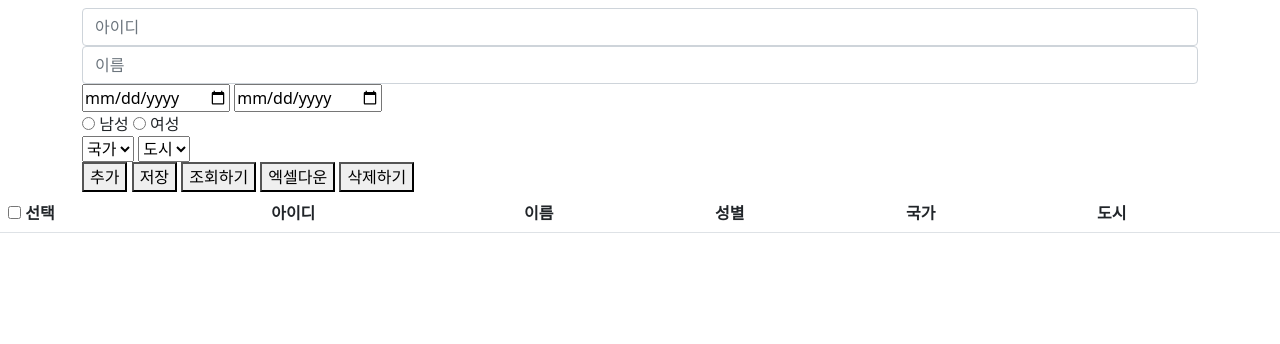
Repository: cactusvibeyjy/miniProject2
Page: http://localhost/test2/WEB-INF/views/home.jsp
These files come from the project's save history. The page is drawn as it stood at one moment and after the next save; the edit follows.
The browser window is 1280 px wide. The pictures show the whole page.
The page is served by Tomcat 9. Nobody is signed in. Other server files are loaded and not shown. The template is opened directly, without the code that normally fills it, so the values that code supplies are empty.

Above is the page before, as saved 2023-02-17 05:24:42.

### test2/src/main/webapp/WEB-INF/views/home.jsp
<%@ taglib uri="http://java.sun.com/jsp/jstl/core" prefix="c"%>
<%@ page language="java" contentType="text/html; charset=UTF-8"
	pageEncoding="UTF-8"%>
<%@ page session="false"%>
<html>
<head>
	<meta charset="utf-8">
	<link
			href="https://cdn.jsdelivr.net/npm/bootstrap@5.1.3/dist/css/bootstrap.min.css"
			rel="stylesheet"
			integrity="sha384-1BmE4kWBq78iYhFldvKuhfTAU6auU8tT94WrHftjDbrCEXSU1oBoqyl2QvZ6jIW3"
			crossorigin="anonymous">
	<script
			src="https://cdn.jsdelivr.net/npm/bootstrap@5.1.3/dist/js/bootstrap.bundle.min.js"
			integrity="sha384-ka7Sk0Gln4gmtz2MlQnikT1wXgYsOg+OMhuP+IlRH9sENBO0LRn5q+8nbTov4+1p"
			crossorigin="anonymous">
	</script>
	<script src="https://code.jquery.com/jquery-3.6.3.min.js"></script>
	<script src="https://ajax.googleapis.com/ajax/libs/jquery/3.6.0/jquery.min.js"></script>

	<script src="https://cdnjs.cloudflare.com/ajax/libs/exceljs/4.3.0/exceljs.min.js"></script>
	<script lang="javascript" src="https://cdn.sheetjs.com/xlsx-0.19.2/package/dist/xlsx.full.min.js"></script>

<title>야호</title>

	<style>
		.pop {
			display: none;
			position: fixed;
			top: 0;
			left: 0;
			z-index: 100;
			width: 100%;
			height: 100%;
			background: rgba(0, 0, 0, .5);
		}
		.pop.on{
			display: block;
		}

		.pop .info {
			overflow-y: auto;
			position: absolute;
			top: 50%;
			left: 50%;
			transform: translate(-50%, -50%);
			width: 800px;
			height: 330px;
			max-height: 92%;
			margin: 0 auto;
			background: #fff;
			border-radius: 5px;
			padding: 10px;
		}

		.pop .info table {
			width: 100%;
			border: 1px solid #ddd;
		}

		.pop .info table tr th ,
		.pop .info table tr td {
			height: 50px;
			padding-left: 10px;
			vertical-align: middle;
			border: 1px solid #ddd;
		}

		.pop .info table tr td input[type=text] ,
		.pop .info table tr td select {
			width: 40%;
			height: 40px;
			padding: 0 15px;
			border: 1px solid #ddd;
			border-radius: 3px;
			outline: none;
		}

		.pop .info .bottom {

		}
		.pop .info .bottom .button_area {
			text-align: center;
			margin-top: 10px;
		}

	</style>

</head>
<body>
	<h2></h2>

	<div class="container">
		<div>
			<input type="text" id="memberId" placeholder="아이디" class="form-control" value="" />
			<input type="text" id="memberNm" placeholder="이름" class="form-control" />
		</div>
		<div>
			<input type="date" name="startDate" id="startDate" />
			<input type="date" name="endDate" id="endDate" />
		</div>
		<div class="">
			<input type="radio" name="sex" id="sexM" value="male" onchange="fn_list()"  />
			<label for="sexM">남성</label>
			<input type="radio" name="sex" id="sexF" value="female" onchange="fn_list()" />
			<label for="sexF">여성</label>
		</div>

		<select name="country" id="country" onchange="Change(this,'city')">
			<option value="none" selected>국가</option>
			<option value="a">한국</option>
			<option value="b">미국</option>
			<option value="c">중국</option>
			<option value="d">일본</option>
		</select>
		<select id="city">
			<option value="none" selected>도시</option>
		</select>
		<br>
		<div class="button">
			<button class="registerButton clickedButton" onclick="fn_addRow(this)">
				<span>추가</span> <i class="zmdi zmdi-arrow-right"></i>
			</button>
			<button class="registerButton clickedButton" onclick="fn_save('s')">
				<span>저장</span> <i class="zmdi zmdi-arrow-right"></i>
			</button>
			<button class="searchButton clickedButton" onclick="fn_list()">
				<span>조회하기</span> <i class="zmdi zmdi-arrow-right"></i>
			</button>
			<button class="excelButton clickedButton" onclick="fn_excel()">
				<span>엑셀다운</span> <i class="zmdi zmdi-arrow-right"></i>
			</button>
			<button class="deleteButton" onclick="fn_delete()">
				<span>삭제하기</span> <i class="zmdi zmdi-arrow-right"></i>
			</button>
		</div>
	</div>
	<table class="table table-striped">
		<thead>
			<tr>
				<th scope="col">
					<input type="checkbox" id="allCheck" onchange="fn_allCheck(this)" />
					<label for="allCheck">선택</label>
				</th>
				<th scope="col">아이디</th>
				<th scope="col">이름</th>
				<th scope="col">성별</th>
				<th scope="col">국가</th>
				<th scope="col">도시</th>
			</tr>
		</thead>
		<tbody id="data_tbody">

		</tbody>
	</table>
<input type="hidden" id="modifyId" />

<div class="pop">
	<div class="info">

		<table>
			<colgroup>
				<col style="width: 20%;">
				<col style="width: 80%;">
			</colgroup>
			<tbody>
			<tr>
				<th>아이디</th>
				<td><input type="text" id="mMemberId" /></td>
			</tr>
			<tr>
				<th>이름</th>
				<td><input type="text" id="mMemberNm" /></td>
			</tr>
			<tr>
				<th>성별</th>
				<td>
					<input type="radio" name="mSex" id="mMale" value="male" />
					<label for="mMale">남</label>
					<input type="radio" name="mSex" id="mFemale" value="female" />
					<label for="mFemale">여</label>
				</td>
			</tr>
			<tr>
				<th>국가</th>
				<td>
					<select id="mCountry" onchange="Change(this,`mCity`)">
						<option value="none" selected>국가</option>
						<option value="a">한국</option>
						<option value="b">미국</option>
						<option value="c">중국</option>
						<option value="d">일본</option>
					</select>
				</td>
			</tr>
			<tr>
				<th>도시</th>
				<td>
					<select id="mCity"></select>
				</td>
			</tr>
			</tbody>
		</table>

		<div class="bottom">
			<div class="button_area">
				<button type="button" onclick="fn_save('m')">저장</button>
				<button type="button" onclick="fn_hide()">닫기</button>
			</div>
		</div>
	</div>
</div>


</body>
<script type="text/javascript">
$(function () {

})

var fn_hide = function () {
	$('.pop.on').removeClass('on');
}

var fn_addRow = function () {

    if($('#sMemberId').length > 0) {
        return alert('아직 작업중인 row 가 있습니다.\n작업 완료 후 추가하세요.');
    }

	var addTr = '<tr>';
    addTr += '<td></td>';
    addTr += '<td><input id="sMemberId" /></td>';
    addTr += '<td><input id="sMemberNm" /></td>';
    addTr += '<td>';
    addTr += '  <input type="radio" name="sSex" id="sMale" value="male" checked/><label for="sMale">남</label>';
    addTr += '  <input type="radio" name="sSex" id="sFemale" value="female"/><label for="sFemale">여</label>';
    addTr += '</td>';
    addTr += '<td>';
    addTr += '  <select name="country" id="sCountry" onchange="Change(this,`sCity`)">';
    addTr += '      <option value="none" selected>국가</option>';
    addTr += '      <option value="a">한국</option>';
    addTr += '      <option value="b">미국</option>';
    addTr += '      <option value="c">중국</option>';
    addTr += '      <option value="d">일본</option>';
    addTr += '  </select>';
    addTr += '</td>';
    addTr += '<td>';
    addTr += '  <select id="sCity">';
    addTr += '      <option value="none" selected>도시</option>';
    addTr += '  </select>';
    addTr += '</td>';
    addTr += '</tr>';
    $('#data_tbody').prepend(addTr);

}

// 초기화
var fn_reset = function () {

    $('#memberId , #memberNm , #modifyId').val('');

    // 날짜 오늘날짜로 셋팅
    var date = new Date();
    var month = date.getMonth().toString().length===1 ? '0'+(date.getMonth()+1) : date.getMonth();
    $('input[type=date]').val(date.getFullYear() +'-'+ month + '-' + date.getDate());

    $('#sexM').prop('checked',true);

    $('#country').val('none');
	$('#city').empty().append('<option value="none" selected>도시</option>');
}

// 목록
var fn_list = function () {
    var param = {};
    param.memberId  = $('#memberId').val();
    param.memberNm  = $('#memberNm').val();
    param.startDate = $('#startDate').val().replaceAll('-','');
    param.endDate   = $('#endDate').val().replaceAll('-','');
    param.sex       = $('input[name=sex]:checked').val();
    param.country   = $('#country').val();
    param.city      = $('#city').val();

    $.ajax({
        url	:'/member/list.json',
        type:'POST',
        data:param,
        success: function(res) {

            $('#data_tbody').empty();

            for(var data of res) {
                var html = '<tr>';
                html += '<td><input data-id="'+data.memberId+'" type="checkbox"></td>';
                html += '<td ondblclick="fn_detail(`'+data.memberId+'`)">'+data.memberId+'</td>';
                html += '<td>'+data.memberNm+'</td>';
                html += '<td>'+data.sex+'</td>';
                html += '<td>'+data.country+'</td>';
                html += '<td>'+data.city+'</td>';
                html += '</tr>';
                $('#data_tbody').append(html);
            }

        }
    });
}

// 상세
var fn_detail = function (memberId) {
    $('.pop').addClass('on');

    $.ajax({
        url	:'/member/detail.json',
        type:'POST',
        data:{memberId : memberId},
	    success: function(res) {

            $('#mMemberId').val(res.memberId);
            $('#mMemberNm').val(res.memberNm);

            res.sex === 'male' ? $('#mMale').prop('checked',true) : $('#mFemale').prop('checked',true);

            $('#mCountry').val(res.country).trigger('change');
            $('#mCity').val(res.city);

        }
    });
}

// 저장
var fn_save = function (flag) {

	var param = {};
	param.memberId  = $('#'+flag+'MemberId').val();
	param.memberNm  = $('#'+flag+'MemberNm').val();
    param.country   = $('#'+flag+'Country').val();
    param.city      = $('#'+flag+'City').val();

    var url = 'insert.json';
	if(flag === 'm') {
        param.sex       = $('input[name=mSex]:checked').val();
        param.modifyId  = param.memberId;
        url             = 'update.json';
	} else {
        if($('#sMemberId').length < 1) {
            return alert('[추가]버튼 클릭 후 작업하세요.');
        }
        param.sex       = $('input[name=sSex]:checked').val();
	}

	if(param.memberId === '') {
	    return alert('아이디를 입력해주세요.');
	}
	if(param.memberNm === '') {
	    return alert('이름을 입력해주세요.');
	}
	if(param.country === 'none') {
	    return alert('국가를 선택해주세요.');
	}
	if(param.city === 'none') {
	    return alert('도시를 선택해주세요.');
	}

    $.ajax({
        url	:'/member/'+url,
        type:'POST',
        data:param,
	    success: function(res) {
	        if(res === 1) {
                fn_list();
                if(flag === 'm') {
                    fn_hide()
                }
	            return alert('저장되었습니다.');
	        }
        }
    });
}

// 삭제
var fn_delete = function () {

    var param = {} , memberIdArr = [];

    if($('#data_tbody input[type=checkbox]:checked').length < 1) {
        return alert('삭제 할 데이터를 선택해주세요.');
    }
    $('#data_tbody input[type=checkbox]:checked').each(function(i,t) {
        memberIdArr.push($(t).data('id'));
    })
    param.memberIdArr = memberIdArr;

    $.ajax({
        url	:'/member/delete.json',
        type:'POST',
        data:JSON.stringify(param),
        contentType : 'application/json',
	    success: function(res) {
            if(res > 0) {
                fn_list();
                return alert('삭제 되었습니다.');
            }
        }
    });

}

// 전체선택
var fn_allCheck = function (tag) {
	if($(tag).is(':checked')) {
        $('#data_tbody input[type=checkbox]').prop('checked',true);
	} else {
        $('#data_tbody input[type=checkbox]').prop('checked',false);
	}
}

// 엑셀
var fn_excel = function () {
    var wb = XLSX.utils.table_to_book(document.getElementById('data_tbody'), {sheet:"시트명",raw:true});
    XLSX.writeFile(wb, ('파일명.xlsx'));
}

var Change = function (tag , target) {
	var city_z = [ "none" ];
	var city_a = [ "서울", "부산", "창원", "경주","대구","대전", "통영" ];
	var city_b = [ "NYC", "LA", "Pheonix", "Tucson", "Litiz", "Lafayette" ];
	var city_c = [ "베이징", "상하이", "광저우", "청두", "우한", "톈진" ];
	var city_d = [ "도쿄", "오사카", "삿포로", "교토", "후쿠오카", "고베" ];

	var targetTag = document.getElementById(target);

	var d = '';
	switch (tag.value) {
		case 'a': d = city_a; break;
		case 'b': d = city_b; break;
		case 'c': d = city_c; break;
		case 'd': d = city_d; break;
		default:  d = city_z;
    }
    targetTag.options.length = 0;

	for (var x in d) {
		var opt = document.createElement("option");
		opt.value = d[x];
        opt.innerHTML = d.length > 1 ? d[x] : '도시';
        targetTag.appendChild(opt);
	}
}
</script>
</html>

After the next save:
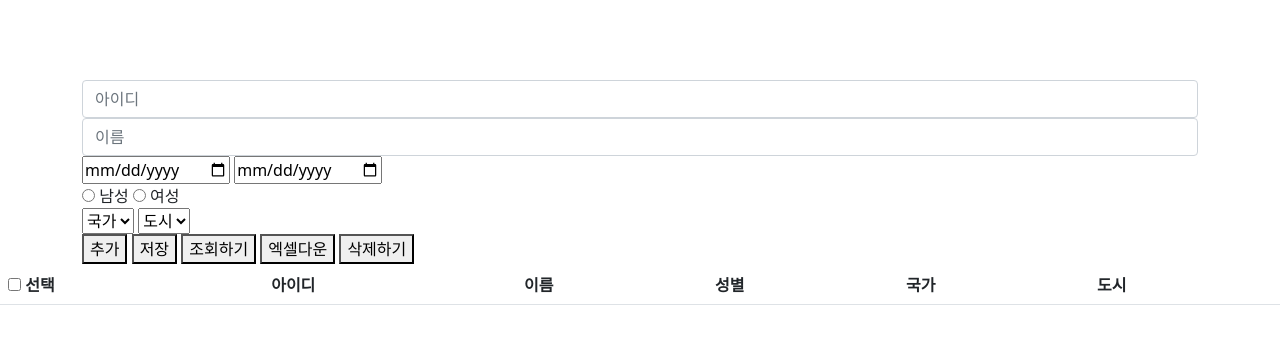
Saved 15 s later.
--- a/test2/src/main/webapp/WEB-INF/views/home.jsp
+++ b/test2/src/main/webapp/WEB-INF/views/home.jsp
@@ -90,7 +90,7 @@
 <body>
 	<h2></h2>
 
-	<div class="container">
+	<div class="container" style= "margin-top: 80px">
 		<div>
 			<input type="text" id="memberId" placeholder="아이디" class="form-control" value="" />
 			<input type="text" id="memberNm" placeholder="이름" class="form-control" />
